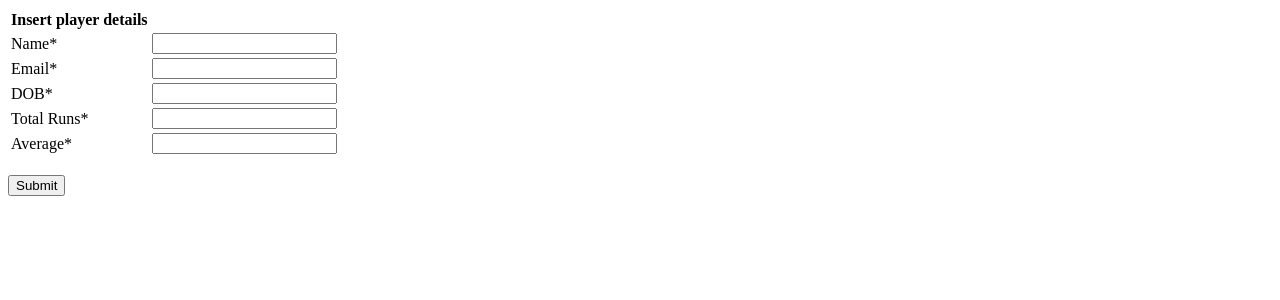
Repository: umng/Learn-to-Program
Page: Java/CTS_SFDC/workspace/Validate Player details/WebContent/index.html
These files come from the project's save history. The page is drawn as it stood at one moment and after the next save; the edit follows.
The browser window is 1280 px wide. The pictures show the whole page.

Above is the page before, as saved 2017-02-23 08:39:30.

### Java/CTS_SFDC/workspace/Validate Player details/WebContent/index.html
<html>
	<body>
		<form action="Welcome" method="GET">
			<table>
				<tr colspan="2">
					<th>Insert player details</th>
				</tr>
				<tr>
					<td>Name*</td>
					<td><input type=text name=name></td>
				</tr>
				<tr>
					<td>Email*</td>
					<td><input type=text name=name></td>
				</tr>
				<tr>
					<td>DOB*</td>
					<td><input type=text name=name></td>
				</tr>
				<tr>
					<td>Total Runs*</td>
					<td><input type=text name=name></td>
				</tr>
				<tr>
					<td>Average*</td>
					<td><input type=text name=name></td>
				</tr>
			</table>
			<br>
			<input type=submit name=submit>
		</form>
	</body>
</html>

After the next save:
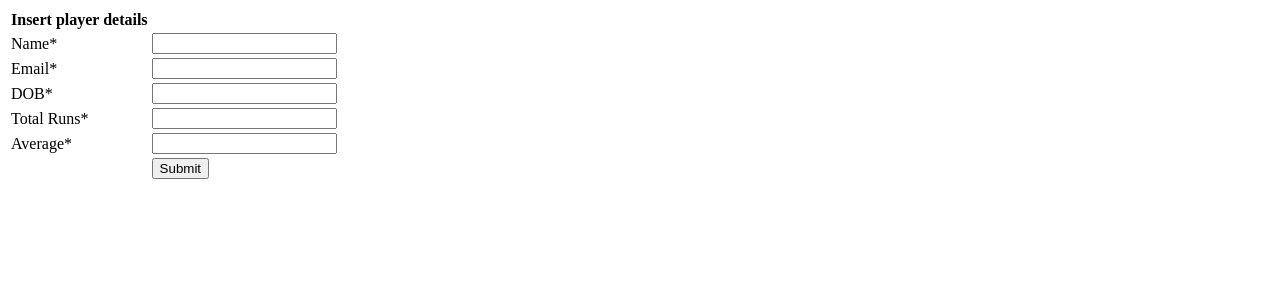
Saved 30 s later.
--- a/Java/CTS_SFDC/workspace/Validate Player details/WebContent/index.html
+++ b/Java/CTS_SFDC/workspace/Validate Player details/WebContent/index.html
@@ -25,9 +25,12 @@
 					<td>Average*</td>
 					<td><input type=text name=name></td>
 				</tr>
+				<tr>
+					<td></td>
+					<td><input type=submit name=submit></td>
+				</tr>
 			</table>
 			<br>
-			<input type=submit name=submit>
 		</form>
 	</body>
 </html>
